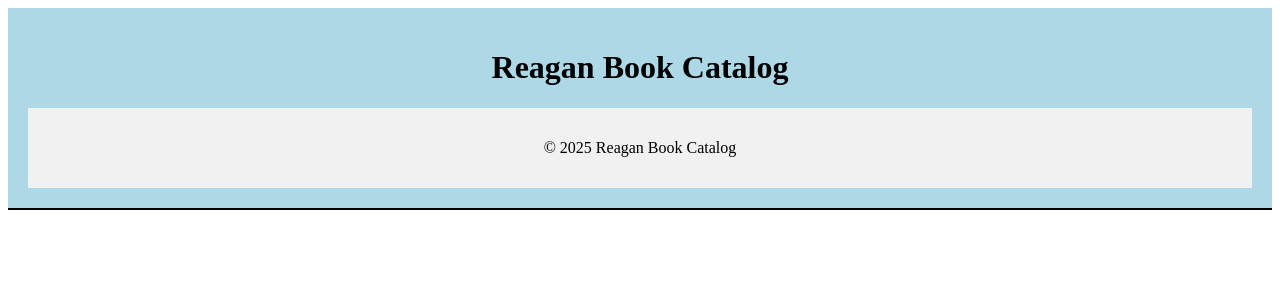
Repository: antyc0817/COMP-3170-Assignment-2-Reagan
Page: /
These files come from the project's save history. The page is drawn as it stood at one moment and after the next save; the edit follows.
The browser window is 1280 px wide. The pictures show the whole page.
The project was rebuilt for these pictures with package versions that can differ from the ones it lists, and the page was loaded fresh each time. Also part of the build but not shown: vite.config.js, src/index.css.

Above is the page before, as saved 2025-09-09 17:14:25.

After the next save:
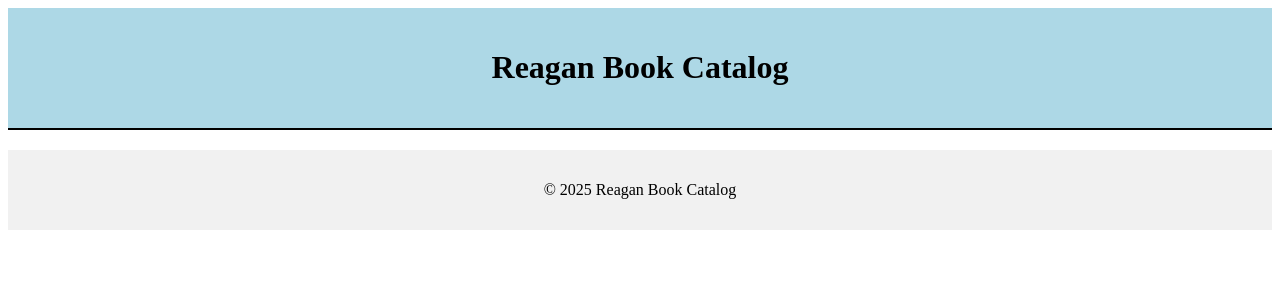
Saved 69 s later.
--- a/src/App.jsx
+++ b/src/App.jsx
@@ -5,11 +5,13 @@ function App() {
         <div>
             <header>
                 <h1>Reagan Book Catalog</h1>
+            </header>
 
-                <footer>
-                    <p>© 2025 Reagan Book Catalog</p>
-                </footer>
-            </header>
+            {/* Here will go your main content area later */}
+
+            <footer>
+                <p>© 2025 Reagan Book Catalog</p>
+            </footer>
         </div>
     );
 }
